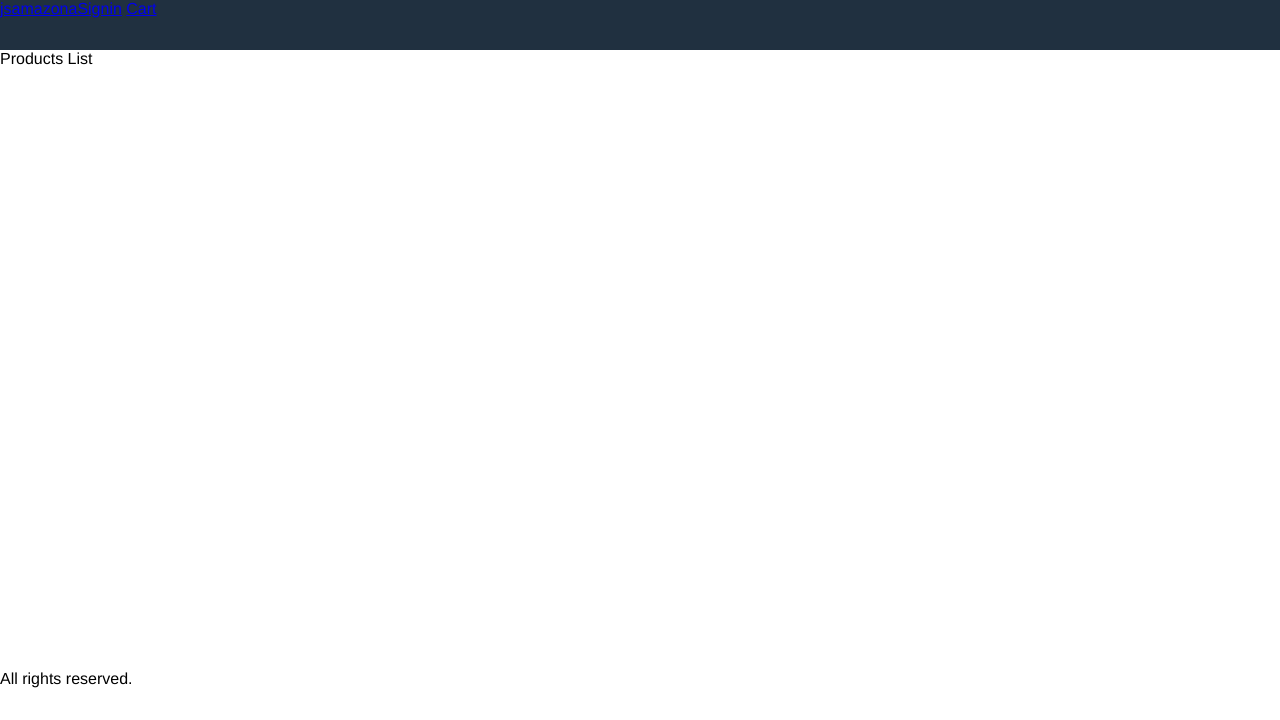
Repository: Mardoqueu/ecommerce-website
Page: jsamazona/frontend/src/index.html
An editor plug-in stored every save of this project. The page is shown before and after the next save, followed by the edit.
The browser window is 1280 px wide. The pictures show the whole page.

Above is the page before, as saved 2022-09-12 10:03:53.

### jsamazona/frontend/src/index.html
<!DOCTYPE html>
<html lang="en">
  <head>
    <meta charset="UTF-8" />
    <meta http-equiv="X-UA-Compatible" content="IE=edge" />
    <meta name="viewport" content="width=device-width, initial-scale=1.0" />
    <link rel="stylesheet" href="style.css" />
    <title>JS Amazona</title>
  </head>
  <body>
    <div class="grid-container">
      <header>
        <div class="">
          <a href="/#/">jsamazona</a>
        </div>
        <div>
          <a href="/#/signin">Signin</a>
          <a href="/#/cart">Cart</a>
        </div>
      </header>
      <main>Products List</main>
      <footer>All rights reserved.</footer>
    </div>
  </body>
</html>

### jsamazona/frontend/src/style.css
* {
    box-sizing: border-box;
  }
  html {
    font-size: 62.5%; /* 16px * 62.5 = 10px = 1rem */
  }
  body {
    height: 100vh;
    font: 1.6rem Helvetica, Arial;
    margin: 0;
  }
  .grid-container {
    display: grid;
    grid-template-areas:
      'header'
      'main'
      'footer';
    grid-template-columns: 1fr;
    grid-template-rows: 5rem 1fr 5rem;
    height: 100%;
  }

  header {
    grid-area: header;
    background-color: #203040;
    color: #fff;
    display: flex;
  }

After the next save:
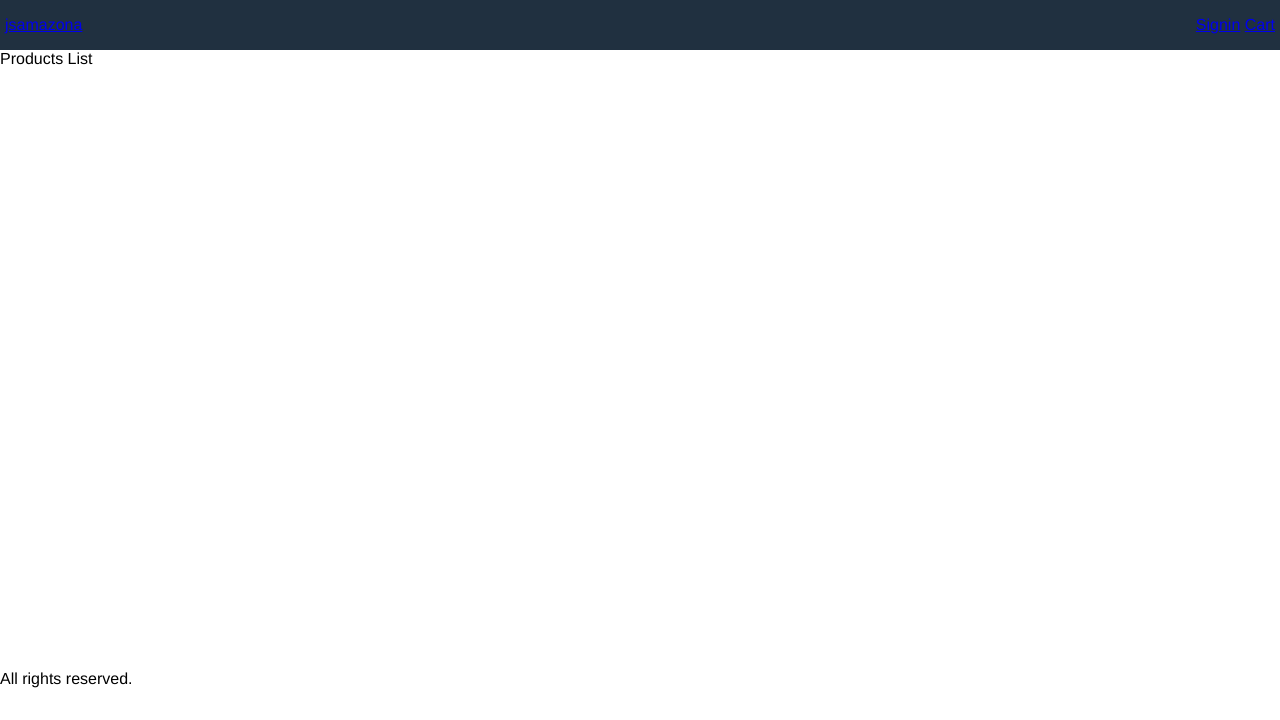
Saved 22 s later.
--- a/jsamazona/frontend/src/style.css
+++ b/jsamazona/frontend/src/style.css
@@ -25,4 +25,7 @@
     background-color: #203040;
     color: #fff;
     display: flex;
+    justify-content: space-between;
+    align-items: center;
+    padding: 0.5rem;
   }
